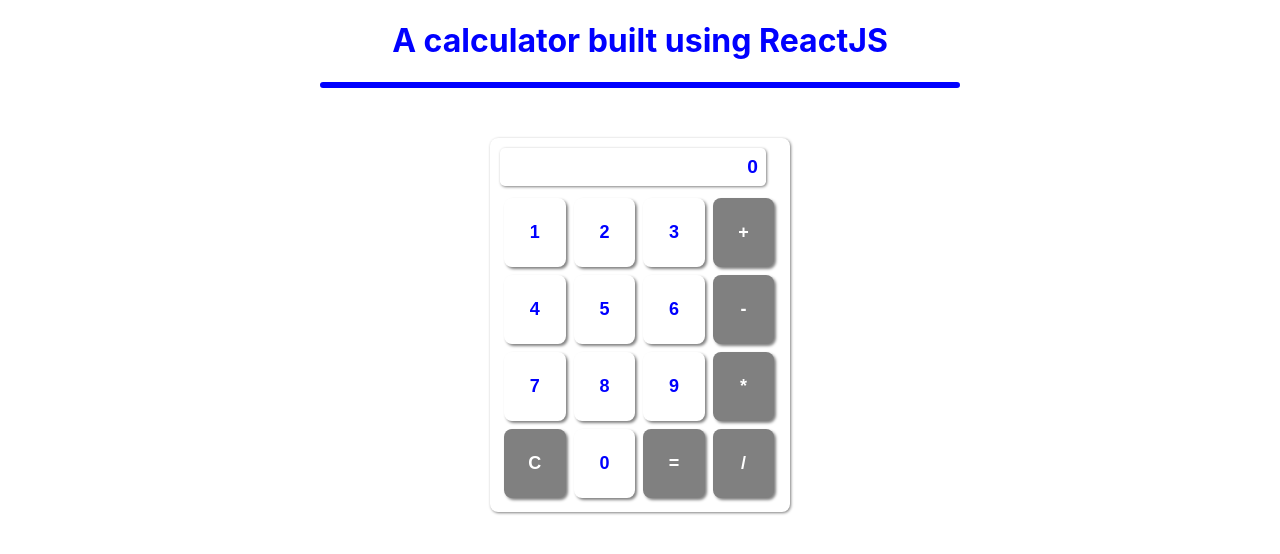
Repository: qudos4real/calculator
Page: /
The author's editor kept a copy of each file at every save. The page is drawn from the files as they stood at one save, then again after the next save.
The browser window is 1280 px wide. The pictures show the whole page.
The project was rebuilt for these pictures with package versions that can differ from the ones it lists, and the page was loaded fresh each time.

Above is the page before, as saved 2022-10-10 09:59:18.

After the next save:
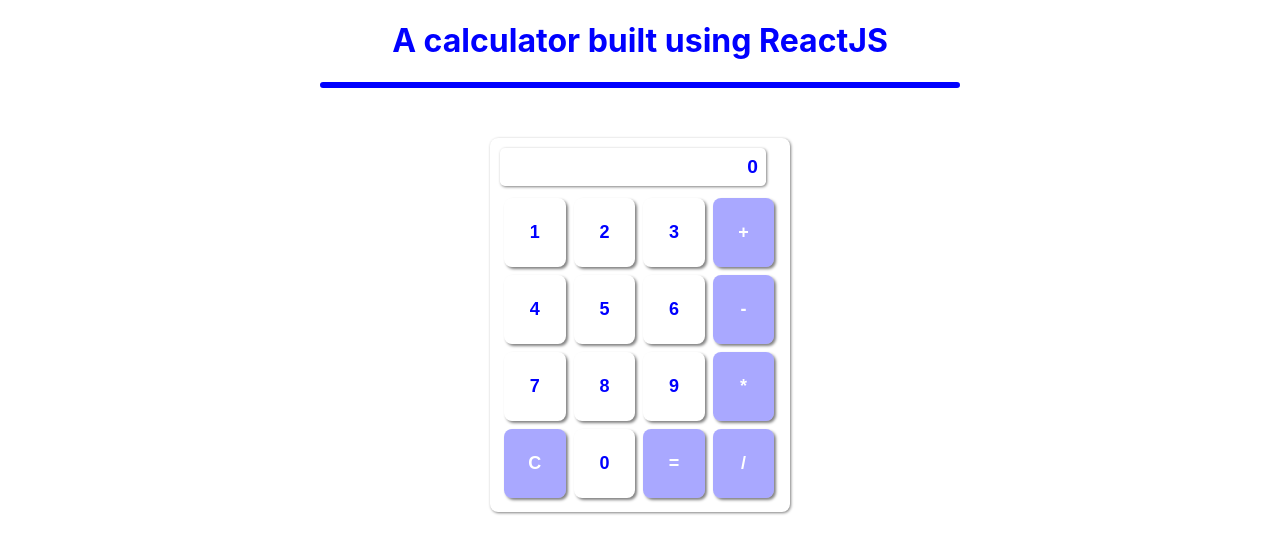
Saved 54 s later.
--- a/src/components/Calculator.css
+++ b/src/components/Calculator.css
@@ -29,7 +29,7 @@
   cursor: pointer;
 }
 .sign {
-  background-color: grey;
+  background-color: rgba(4, 0, 255, 0.342);
   color: white;
 }
 .sign:hover {
